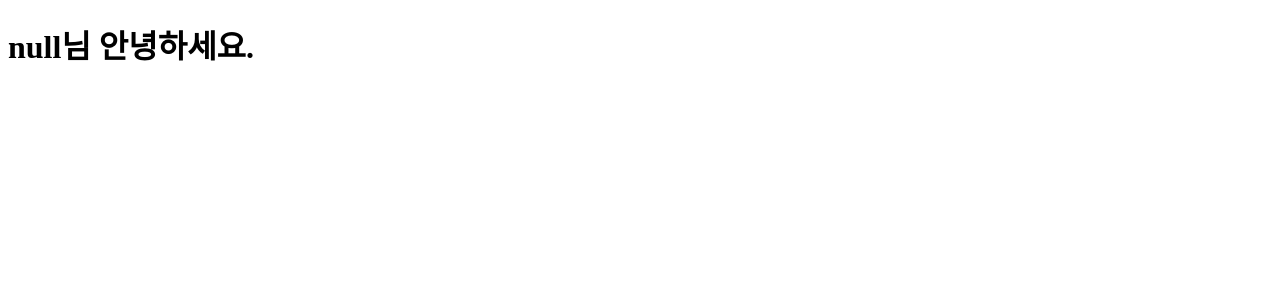
Repository: kimseunghyo/lecture-jsp
Page: http://localhost/jsp02/login_success_forward.jsp
The author's editor kept a copy of each file at every save. The page is drawn from the files as they stood at one save, then again after the next save.
The browser window is 1280 px wide. The pictures show the whole page.
The page is served by Tomcat 9. Other server files are loaded and not shown.

Above is the page before, as saved 2023-03-03 02:55:15.

### jsp02/src/main/webapp/login_success_forward.jsp
<%@ page language="java" contentType="text/html; charset=UTF-8"
	pageEncoding="UTF-8"%>
<!DOCTYPE html>
<html>
<head>
<meta charset="UTF-8">
<title>Insert title here</title>
</head>
<body>
	<%
	String userName = request.getParameter("userName");
	%>
	<h1><%=userName%>님 안녕하세요.
	</h1>
</body>
</html>

After the next save:
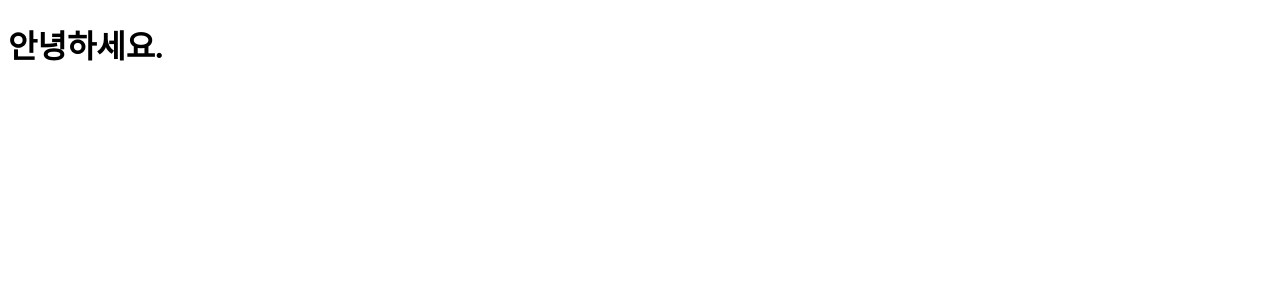
Saved 55 s later.
--- a/jsp02/src/main/webapp/login_success_forward.jsp
+++ b/jsp02/src/main/webapp/login_success_forward.jsp
@@ -7,10 +7,6 @@
 <title>Insert title here</title>
 </head>
 <body>
-	<%
-	String userName = request.getParameter("userName");
-	%>
-	<h1><%=userName%>님 안녕하세요.
-	</h1>
+	<h1>안녕하세요.</h1>
 </body>
 </html>
